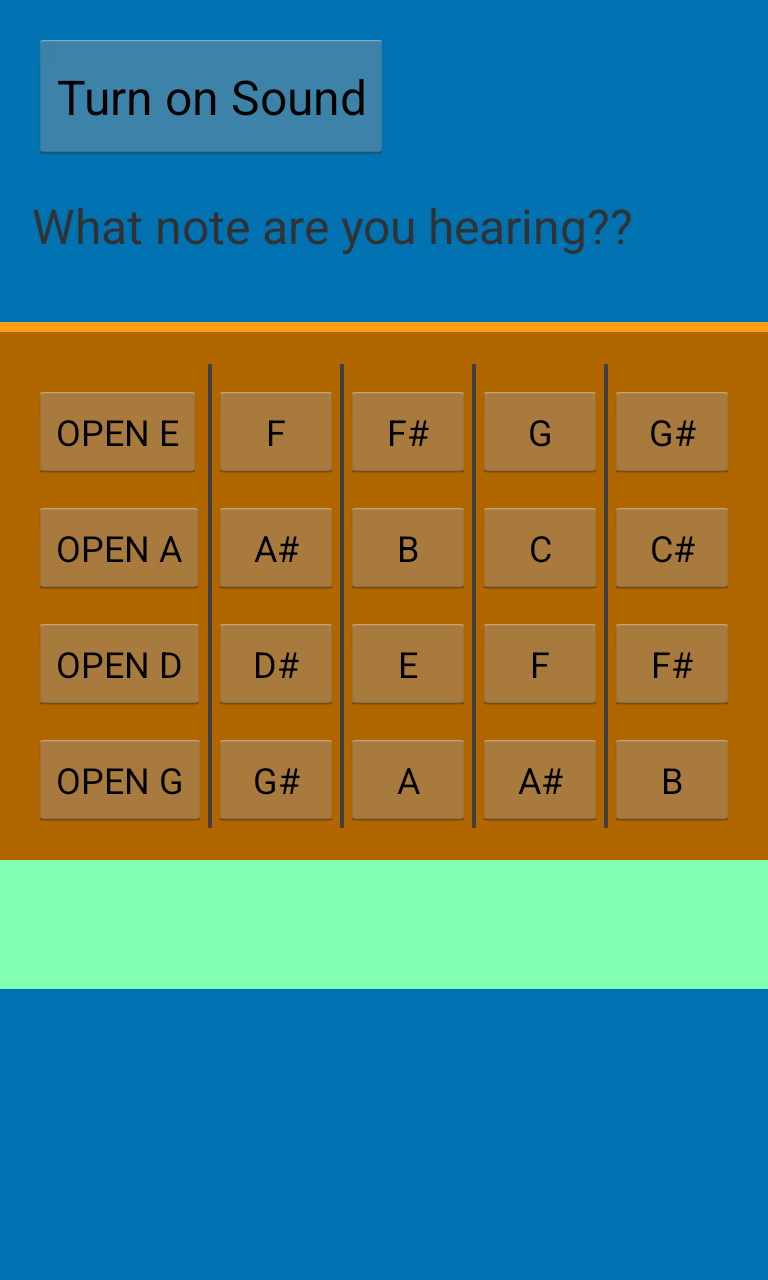
Repository: elliott-ribner/android-guitar-trainer
Layout: randomnotegenerator/res/layout/activity_main.xml
These files come from the project's save history. The layout is drawn as it stood at one moment and after the next save; the edit follows.
It is drawn on a 768 x 1280 px phone screen (xhdpi) without system bars, with theme AppTheme; the app's code is not run.

Above is the layout before, as saved 2014-06-09 00:58:35.

After the next save:
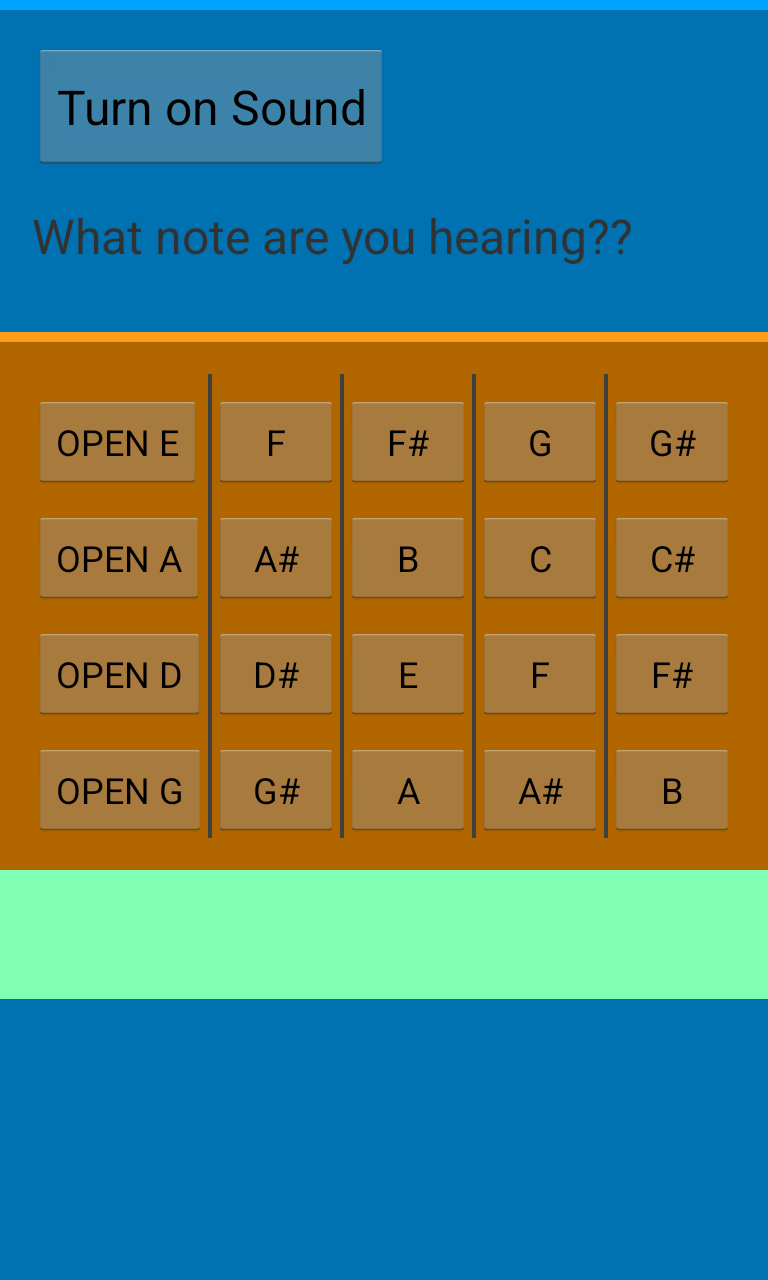
Saved 86 s later.
--- a/randomnotegenerator/res/layout/activity_main.xml
+++ b/randomnotegenerator/res/layout/activity_main.xml
@@ -6,7 +6,15 @@
     android:orientation="vertical"
     tools:context="com.elliott.randomnotegenerator.MainActivity$PlaceholderFragment" >
 
-
+    <LinearLayout
+        android:layout_width="fill_parent"
+        android:layout_height="5dip"
+        android:background="#00A3FF"
+
+        android:paddingBottom="@dimen/activity_vertical_margin"
+        android:paddingLeft="@dimen/activity_horizontal_margin"
+        android:paddingRight="@dimen/activity_horizontal_margin"
+        android:paddingTop="@dimen/activity_vertical_margin" />
     <LinearLayout
         android:layout_width="fill_parent"
         android:layout_height="wrap_content"
